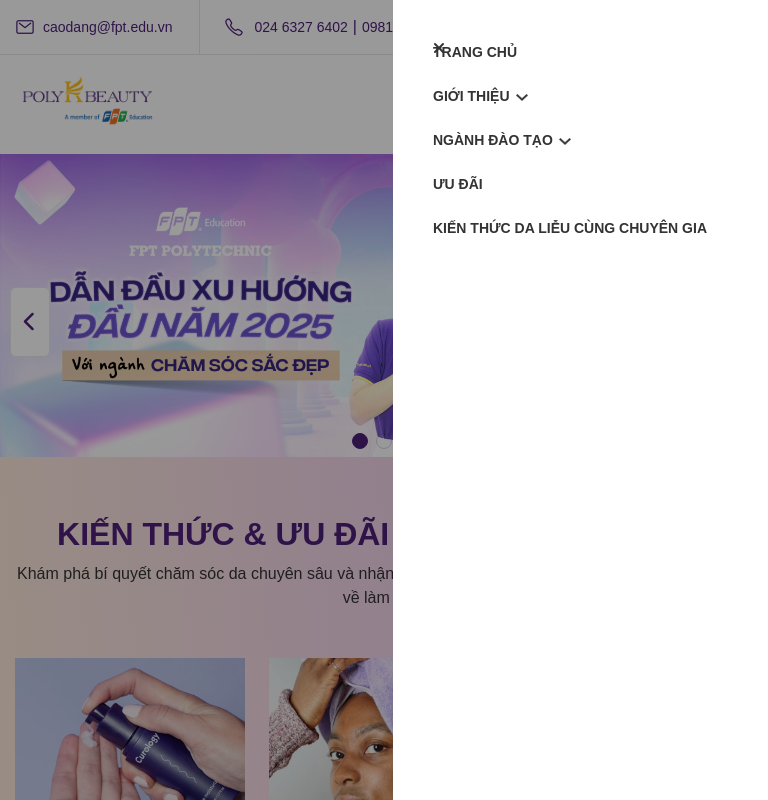
Repository: dinhtri123/k_beauty
Page: index.html
The author's editor kept a copy of each file at every save. The page is drawn from the files as they stood at one save, then again after the next save.
The browser window is 768 px wide. The pictures show the window.
A layer covers the whole window, so only the first screen is drawn. Some web fonts or font styles are not loaded; a fallback is used.

Above is the page before, as saved 2024-12-24 19:52:29.

After the next save:
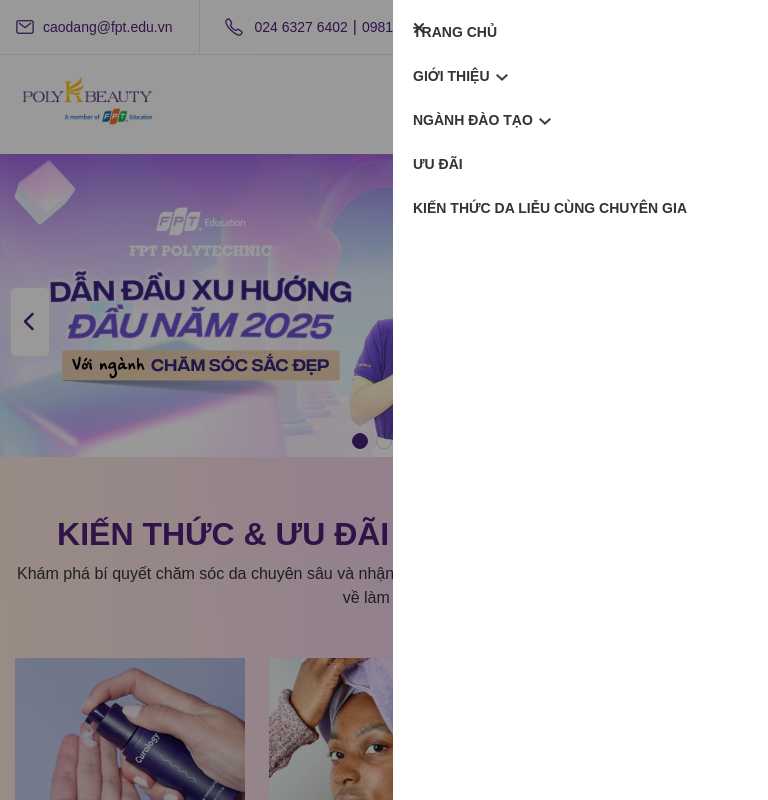
Saved 14 s later.
--- a/css/style.css
+++ b/css/style.css
@@ -510,7 +510,7 @@
     width: 100%;
     height: 100%;
     background-color: var(--cl-white);
-    padding: 40px;
+    padding: 20px;
     flex-direction: column;
     justify-content: flex-start;
     align-items: flex-start;
@@ -519,6 +519,8 @@
   }
   .header-btn-close {
     position: absolute;
+    top: 20px;
+    left: 20px;
   }
 }
 @media screen and (max-width: 767px) {
